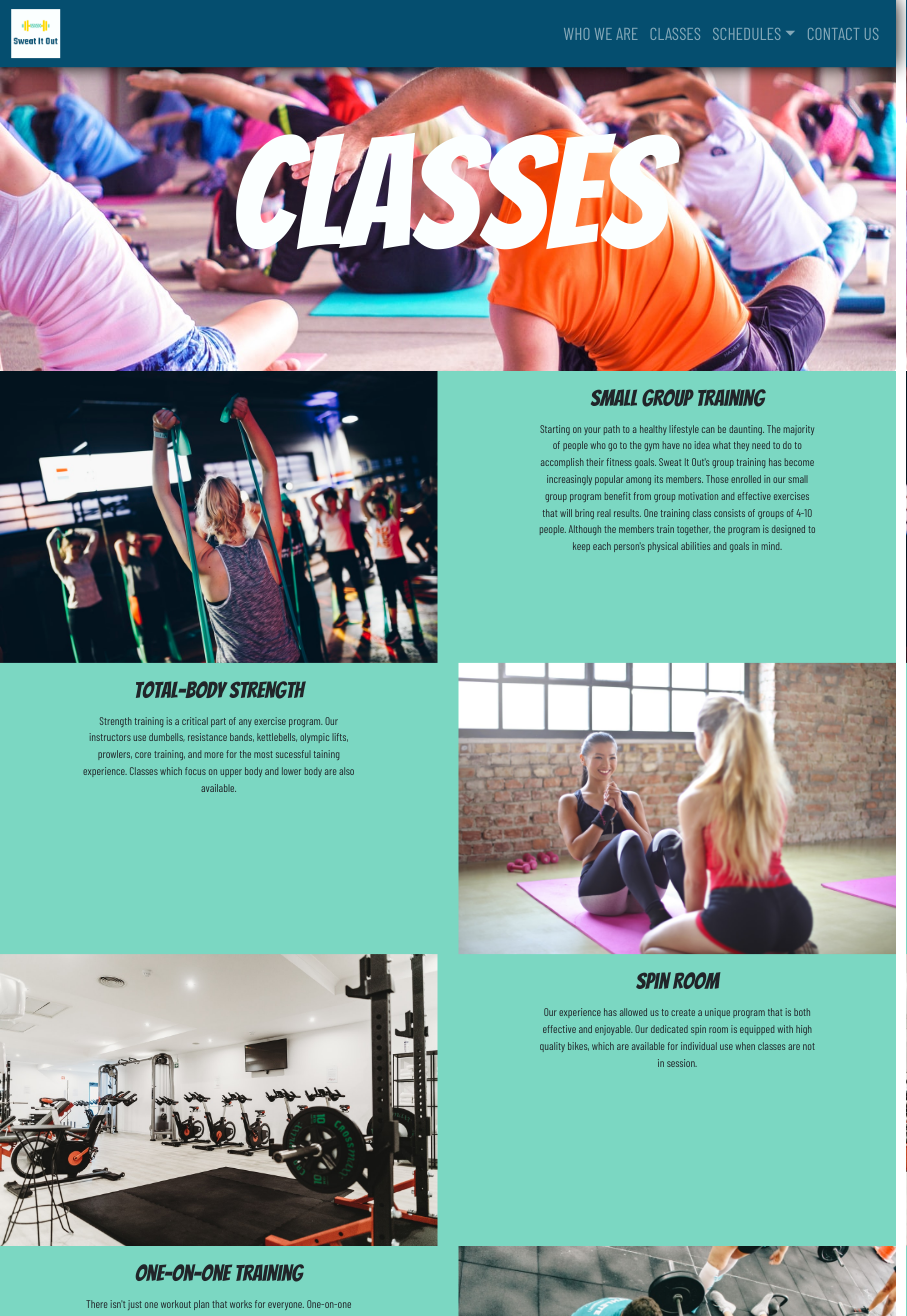
Repository: amybru/sweatitout
Page: classes.html
The author's editor kept a record of every edit. The page is drawn from the files as they stood at one moment, then again after the next edit.
The browser window is 1280 px wide. The page is 1295 px wide, so the pictures cover 1295 px, including what lies to the right of the window. The pictures show the part of the page from y = 0 to 1880 px (the page is 2873 px tall), at 70% of full size.
Some web fonts or font styles are not loaded; a fallback is used. Some web libraries are served in a nearby version.

Above is the page before.

After the next edit:
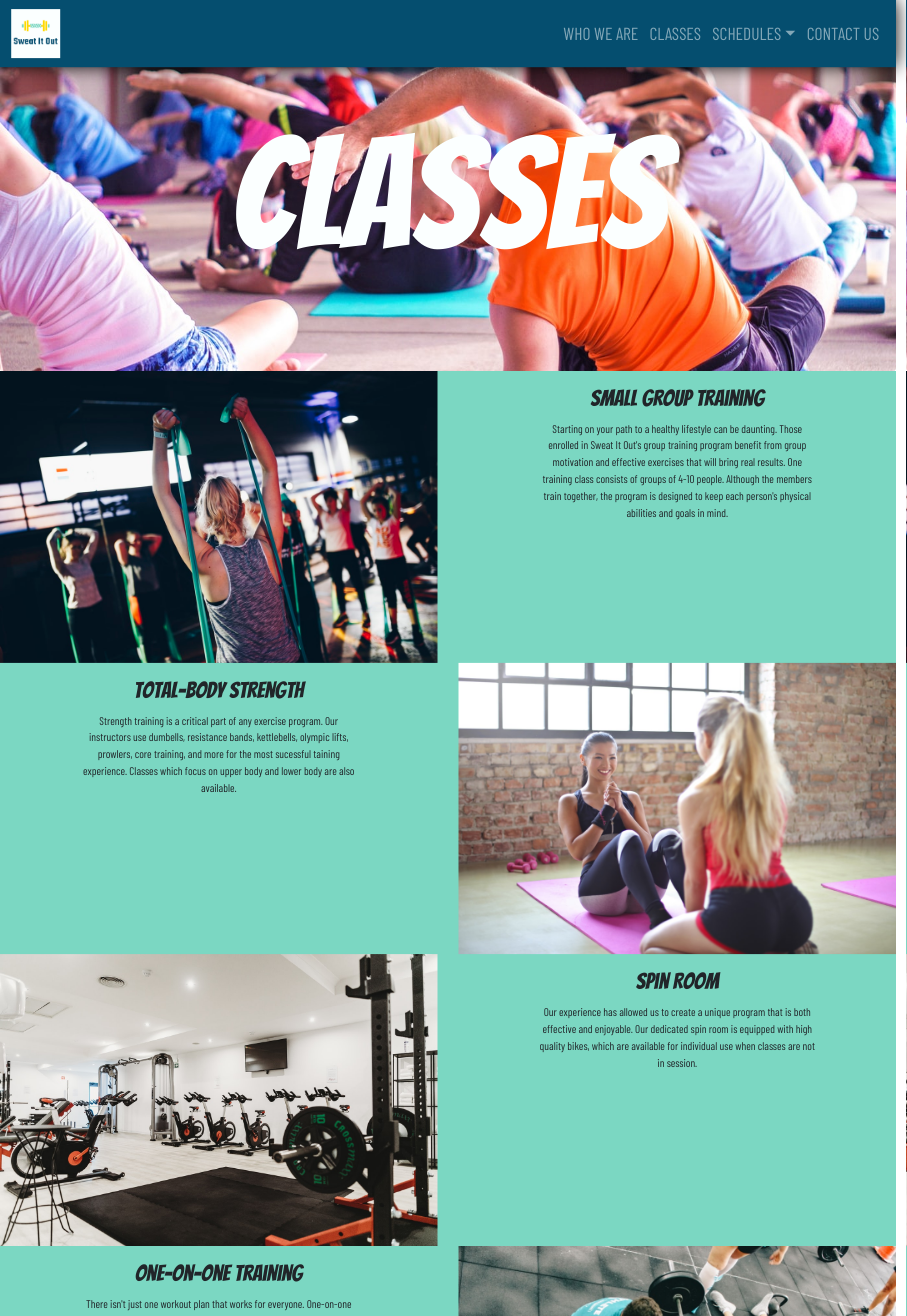
The edit:
--- a/classes.html
+++ b/classes.html
@@ -64,7 +64,7 @@
                 <div class="row justify-content-center">
                     <div class="col-10 col-lg-8 blurb">
                         <h4 class="card-title">Small Group Training</h4>
-                        <p class="card-text">Starting on your path to a healthy lifestyle can be daunting. The majority of people who go to the gym have no idea what they need to do to accomplish their fitness goals. Sweat It Out's group training has become increasingly popular among its members. Those enrolled in our small group program benefit from group motivation and effective exercises that will bring real results. One training class consists of groups of 4-10 people. Although the members train together, the program is designed to keep each person's physical abilities and goals in mind. </p>
+                        <p class="card-text">Starting on your path to a healthy lifestyle can be daunting. Those enrolled in Sweat It Out's group training program benefit from group motivation and effective exercises that will bring real results. One training class consists of groups of 4-10 people. Although the members train together, the program is designed to keep each person's physical abilities and goals in mind. </p>
                     </div>
                 </div>
             </div>
